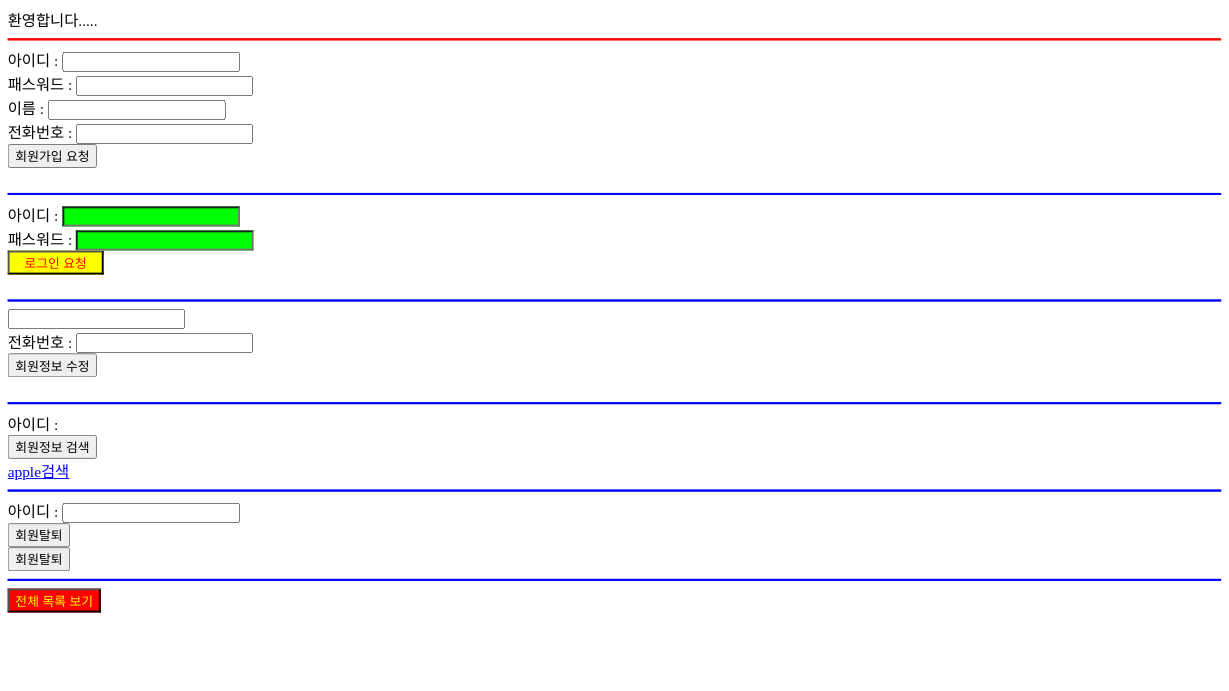
Repository: Yusubin/springEx
Page: http://localhost/spring02/
These files come from the project's save history. The page is drawn as it stood at one moment and after the next save; the edit follows.
The browser window is 1280 px wide. The pictures show the whole page, at 96% of full size.
The page is served by Tomcat 9.

Above is the page before, as saved 2022-02-16 05:51:50.

After the next save:
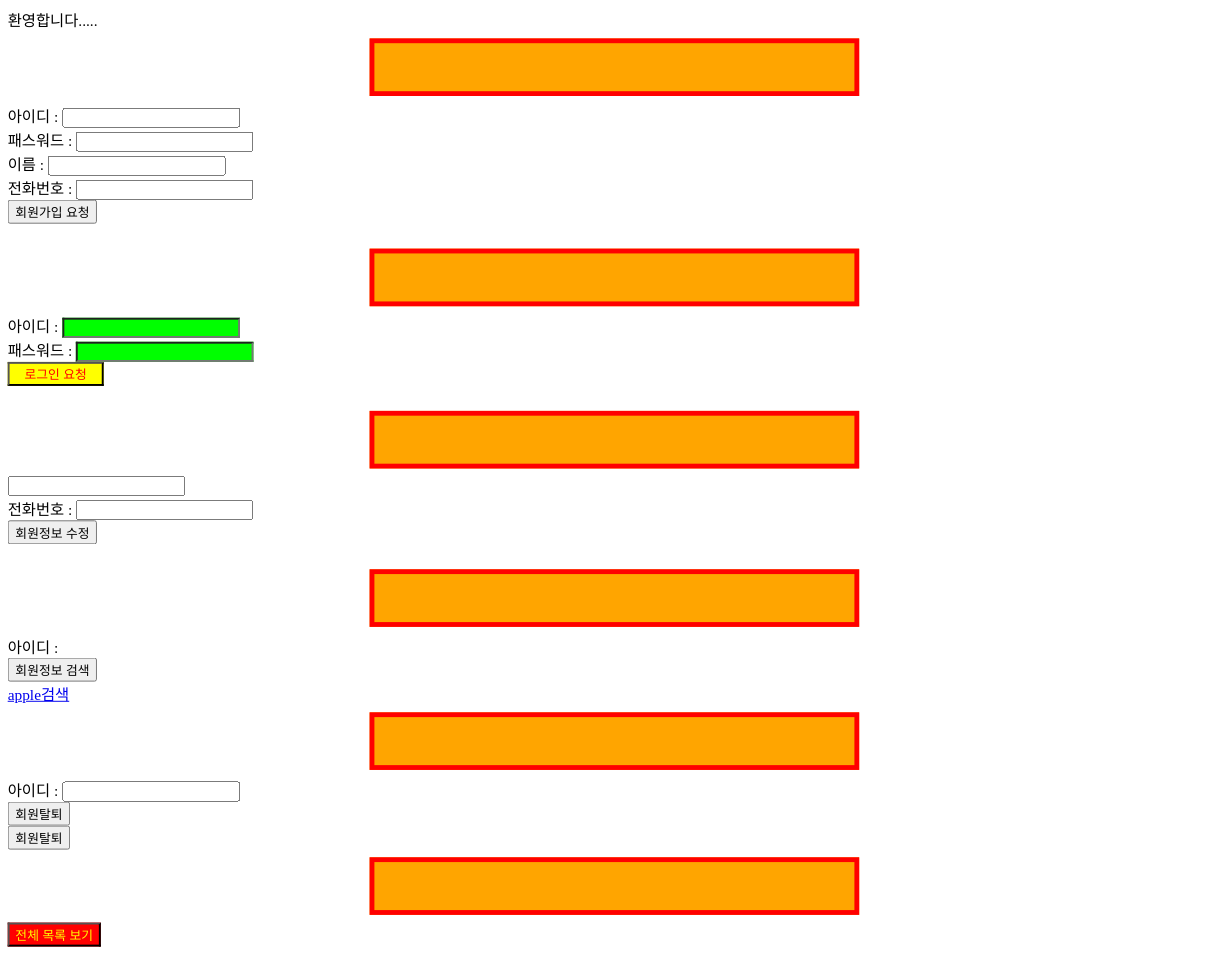
Saved 3 min 29 s later.
--- a/spring02/src/main/webapp/index.jsp
+++ b/spring02/src/main/webapp/index.jsp
@@ -5,6 +5,7 @@
    <head>
       <meta charset="UTF-8">
       <title>Insert title here</title>
+      <link rel="stylesheet" type="text/css" href="resources/css/out.css"
    </head>
    <body>
    환영합니다.....<br>
